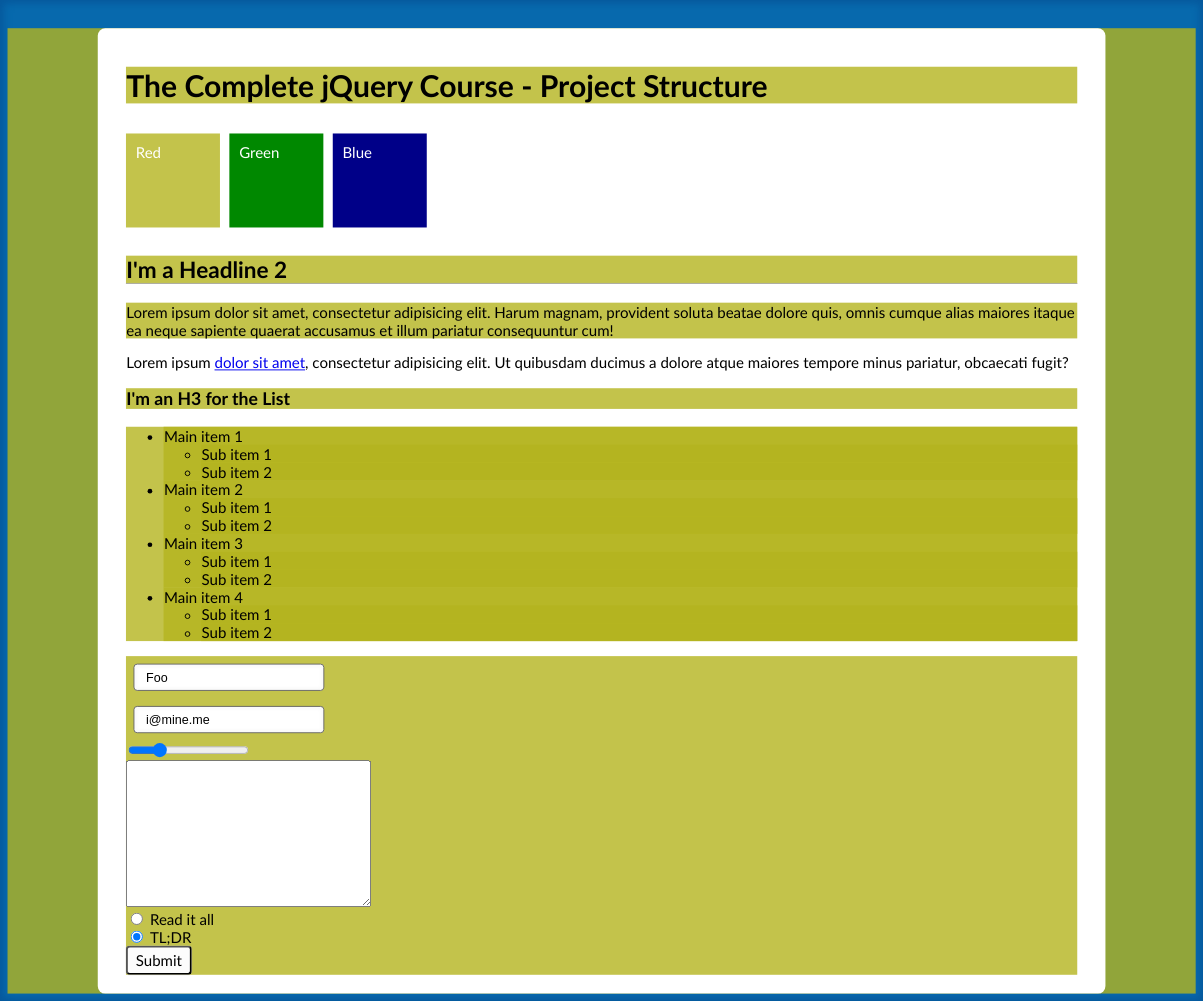
Repository: vpriyankaprabhu/Jquery-examples
Page: 04/change-attributes-properties/index.html
An editor plug-in stored every save of this project. The page is shown before and after the next save, followed by the edit.
The browser window is 1280 px wide. The pictures show the whole page, at 94% of full size.

Above is the page before, as saved 2024-12-30 11:20:35.

### 04/change-attributes-properties/index.html
<!DOCTYPE html>
<html lang="en">
<head>
  <meta charset="UTF-8">
  <script src="https://code.jquery.com/jquery-1.12.3.min.js" integrity="sha256-aaODHAgvwQW1bFOGXMeX+pC4PZIPsvn2h1sArYOhgXQ=" crossorigin="anonymous"></script>
  <script src="js/script.js"></script>
  <link rel="stylesheet" href="css/style.css">
  <title>The Complete jQuery Course - Course Code</title>
</head>
<body>
  <div id="content">
    <h1>The Complete jQuery Course - Project Structure</h1>

    <div class="red-box">Red</div>
    <div class="green-box">Green</div>
    <div class="blue-box">Blue</div>
    <div class="clear"></div>

    <h2>I'm a Headline 2</h2>
    <p>Lorem ipsum dolor sit amet, consectetur adipisicing elit. Harum magnam, provident soluta beatae dolore quis, omnis cumque alias maiores itaque ea neque sapiente quaerat accusamus et illum pariatur consequuntur cum!</p>
    <p>Lorem ipsum <a id="link" title="An amazing link" href="/url">dolor sit amet</a>, consectetur adipisicing elit. Ut quibusdam ducimus a dolore atque maiores tempore minus pariatur, obcaecati fugit?</p>

    <h3>I'm an H3 for the List</h3>
    <!-- An unordered list with ID "list" -->
    <ul id="list">
      <li>Main item 1
        <ul>
          <li>Sub item 1</li>
          <li>Sub item 2</li>
        </ul></li>
      <li>Main item 2
        <ul>
          <li>Sub item 1</li>
          <li>Sub item 2</li>
        </ul></li>
      <li>Main item 3
        <ul>
          <li>Sub item 1</li>
          <li>Sub item 2</li>
        </ul></li>
      <li>Main item 4
        <ul>
          <li>Sub item 1</li>
          <li>Sub item 2</li>
        </ul></li>
    </ul>

    <!-- A form element without class or ID  -->
    <form action="">
      <input type="text" value="Foo"><br>
      <input type="email" value="i@mine.me"><br>
      <input type="range" min="1" max="10" value="3"><br>
      <textarea name="message" id="message" cols="30" rows="10"></textarea><br>
      <input type="radio" name="toc" value="read" id="read"> <label for="read">Read it all</label> <br>
      <input type="radio" name="toc" value="tldr" checked> <label for="tldr">TL;DR</label> <br>
      <input type="submit" value="Submit">
    </form>
</body>
</html>

### 04/change-attributes-properties/js/script.js
$(function () {

  // NOTE: Some of the selectors below overlap. To see the exact effect of one
  // of them, please comment out all others.

  // Select the #list and find all <li> tags it contains
  // This contains even indirect children further down in the hierarchy
  var items = $("#list").find("li");
  highlight(items);

  // Select the #list and find only <li> that are *direct* children
  // Note that this will still produce a yellow background around the whole list
  // because the direct children <li> have enough height to contain their children
  // var children = $("#list").children("li");
  // highlight(children);

  // Search for even non-direct parents
  var body = $("#list").parents("body");
  highlight(body);

  // Select the (unique) direct parent of an element
  var content = $("#list").parent();
  // highlight(content);

  // Search through siblings on the same level in the HTML hierarchy
  var siblingHeadlines = $("#list").siblings(":header");
  highlight(siblingHeadlines);

  // Select the previous sibling of a selected element
  var previous = $("#list").prev();
  highlight(previous);

  // Select the next sibling of a selected element
  var next = $("#list").next();
  highlight(next);

  var headerNextElements = $(":header").next();
  highlight(headerNextElements);

  var passwordInputElements = $("input[type=password]");
  highlight(passwordInputElements);

});

// Helper function which highlights the given element with yellow background
function highlight(element) {
  element.css("background-color", "rgba(180, 180, 30, 0.8)");
}

### 04/change-attributes-properties/css/style.css
.lightbox {
  position: absolute;
  top: 0;
  left: 0;
  display: none;
  width: 30%;
  height: 60%;
  padding: 15% 35% 25% 35%;
  color: #000000;
  background-color: rgba(200, 100, 0, 0.9);
  text-align: center;
  text-shadow: #333 0 1px 0; }

.red-box {
  float: left;
  width: 80px;
  height: 80px;
  margin: 10px 10px 10px 0;
  padding: 10px;
  color: #ffffff;
  background-color: #880000; }

.green-box {
  float: left;
  width: 80px;
  height: 80px;
  margin: 10px 10px 10px 0;
  padding: 10px;
  color: #ffffff;
  background-color: #008800; }

.blue-box {
  float: left;
  width: 80px;
  height: 80px;
  margin: 10px 10px 10px 0;
  padding: 10px;
  color: #ffffff;
  background-color: #000088; }

.large {
  font-size: 125%;
}

.emphasize {
  color: #666;
  font-style: italic;
}

fieldset {
  border-radius: 4px;
  -moz-border-radius: 4px;
  -webkit-border-radius: 4px; }

label {
  display: inline-block;
  min-width: 100px; }

input[type="text"], input[type="email"], input[type="password"], input[type="tel"] {
  margin: 8px;
  padding: 6px 12px;
  outline: none;
  border: 1px solid #666;
  border-radius: 4px;
  box-shadow: inset 0 0 3px 3px #fafafa; }

input[type="submit"] {
  font-family: "Trebuchet MS", Verdana, Arial, sans-serif;
  font-size: 16px;
  padding: 4px 8px;
  background-color: #fcfcfc;
  box-shadow: 0 0 1px 0 #aaa;
  -webkit-border-radius: 4px;
  -moz-border-radius: 4px;
  border-radius: 4px; }
  input[type="submit"]:hover {
    background-color: #f4f4f4;
    box-shadow: 0 0 1px 0 #ccc; }

html {
  min-height: 100%;
  background-color: #0769ad;
  box-shadow: 0 0 8px 4px #06599d inset; }

body {
  font-size: 16px;
  font-family: "Trebuchet MS", Verdana, Arial, sans-serif; }

.clear {
  clear: both; }

#content {
  overflow: auto;
  width: 80%;
  background-color: #fff;
  margin: 30px auto 0 auto;
  padding: 20px 30px;
  border-radius: 8px;
  -moz-border-radius: 8px;
  -webkit-border-radius: 8px; }

h1 {
  color: #000; }

h2 {
  border-bottom: 1px solid #aaa; }

#dashboard {
  position: absolute;
  width: 120px;
  height: 60%;
  left: -140px;
  top: 100px;
  padding: 20px;
  border-radius: 0 6px 6px 0;
  box-shadow: 0 0 3px 3px #f0f0f0;
  background-color: #999; }

.fancy-link {
  display: inline-block;
  text-decoration: none;
  color: #111199; }

.fancy-link:after {
  display: block;
  content: '';
  border-bottom: solid 1px #22a;
  transform: scaleX(0.0001);
  transition: transform 250ms ease-in-out; }

.fancy-link:hover:after {
  transform: scaleX(1); }

/*# sourceMappingURL=style.css.map */

After the next save:
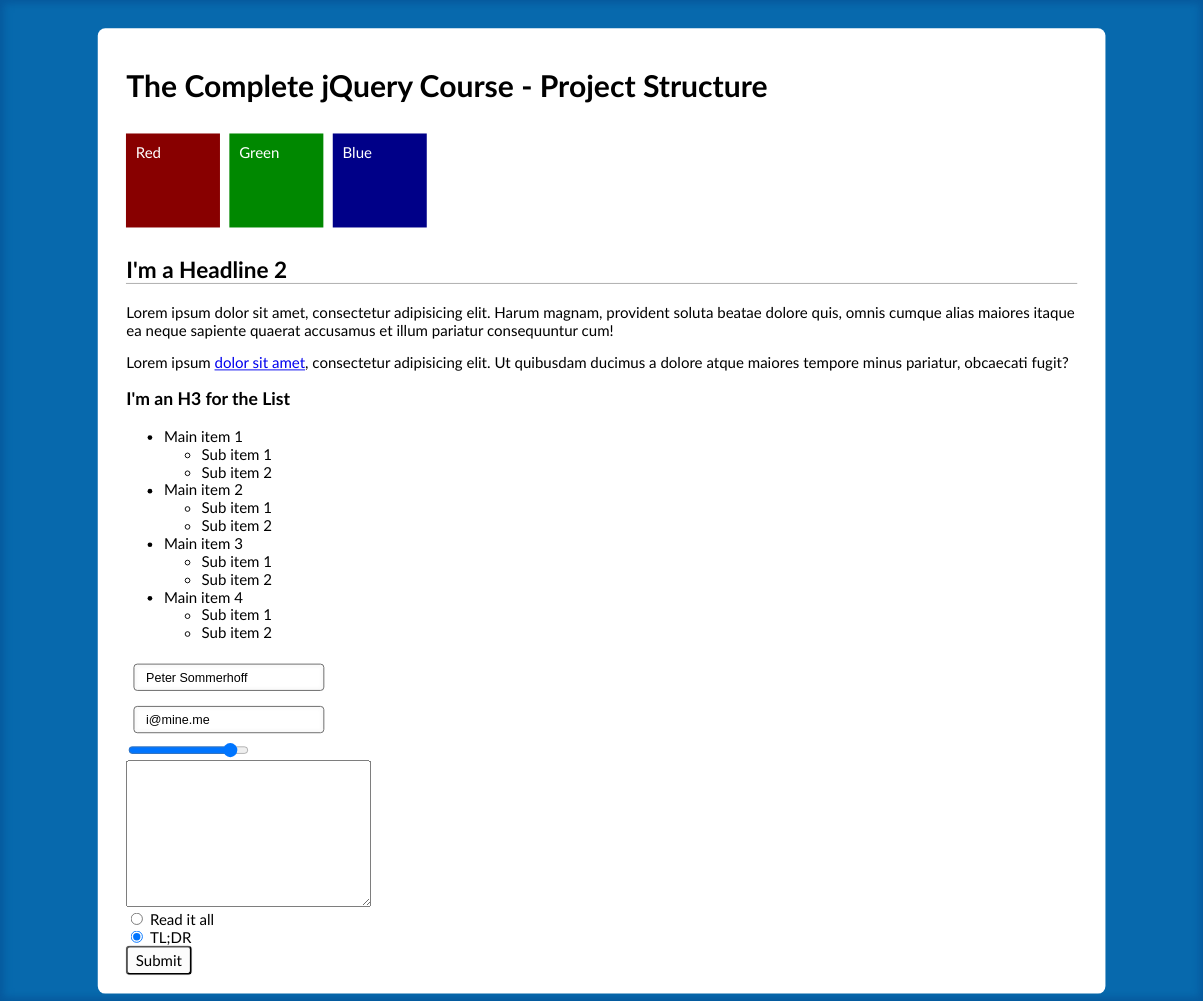
Saved 29 s later.
--- a/04/change-attributes-properties/js/script.js
+++ b/04/change-attributes-properties/js/script.js
@@ -1,48 +1,46 @@
 $(function () {
 
-  // NOTE: Some of the selectors below overlap. To see the exact effect of one
-  // of them, please comment out all others.
+  // 1) Attributes with attr()
 
-  // Select the #list and find all <li> tags it contains
-  // This contains even indirect children further down in the hierarchy
-  var items = $("#list").find("li");
-  highlight(items);
+  // To read the current value of an attribute, use attr() with only
+  // one argument: the name of the attribute you want to read.
+  var link = $("#link");
+  // Retrieve the value of the href attribute of the <a> tag
+  // This is logged into the console. To see it, press F12 in Firefox/Chrome
+  // to open the Developer Tools and click on the Console tab.
+  console.log(link.attr("href"));
+  // Log the value of the title attribute
+  console.log(link.attr("title"));
 
-  // Select the #list and find only <li> that are *direct* children
-  // Note that this will still produce a yellow background around the whole list
-  // because the direct children <li> have enough height to contain their children
-  // var children = $("#list").children("li");
-  // highlight(children);
+  // To set the value of an attribute, you call the attr() function with two
+  // arguments: first, the name of the attribute you want to change, and second
+  // the new value:
+  link.attr("href", "http://petersommerhoff.com");
 
-  // Search for even non-direct parents
-  var body = $("#list").parents("body");
-  highlight(body);
+  // 2) Properties with prop()
 
-  // Select the (unique) direct parent of an element
-  var content = $("#list").parent();
-  // highlight(content);
+  // To read the *current* value of a checkbox for instance, you must use the
+  // prop() function:
+  var radioButton = $("input[type=radio]:first");
+  console.log(radioButton.prop("checked"));  // false
+  console.log(radioButton.attr("checked"));  // undefined
 
-  // Search through siblings on the same level in the HTML hierarchy
-  var siblingHeadlines = $("#list").siblings(":header");
-  highlight(siblingHeadlines);
+  // 3) Values with val()
+  // -> Read or set the value attribute of input elements
 
-  // Select the previous sibling of a selected element
-  var previous = $("#list").prev();
-  highlight(previous);
+  // To retrieve the value of an input element, simply call val()
+  var email = $("input[type=email]").val();
+  console.log(email);  // i@mine.me
+  var number = $("input[type=range]").val();
+  console.log(number);  // 3
 
-  // Select the next sibling of a selected element
-  var next = $("#list").next();
-  highlight(next);
+  // To set a new value, pass the new value as an argument to val():
+  $("input[type=text]").val("Peter Sommerhoff");
+  $("input[type=range]").val(9);
 
-  var headerNextElements = $(":header").next();
-  highlight(headerNextElements);
-
-  var passwordInputElements = $("input[type=password]");
-  highlight(passwordInputElements);
+  // If you have multiple elements selected, using val() will implicitly
+  // always call first() beforehand, so only change the first input element:
+  var value = $("input").val();
+  console.log(value);  // Peter Sommerhoff
 
 });
-
-// Helper function which highlights the given element with yellow background
-function highlight(element) {
-  element.css("background-color", "rgba(180, 180, 30, 0.8)");
-}
